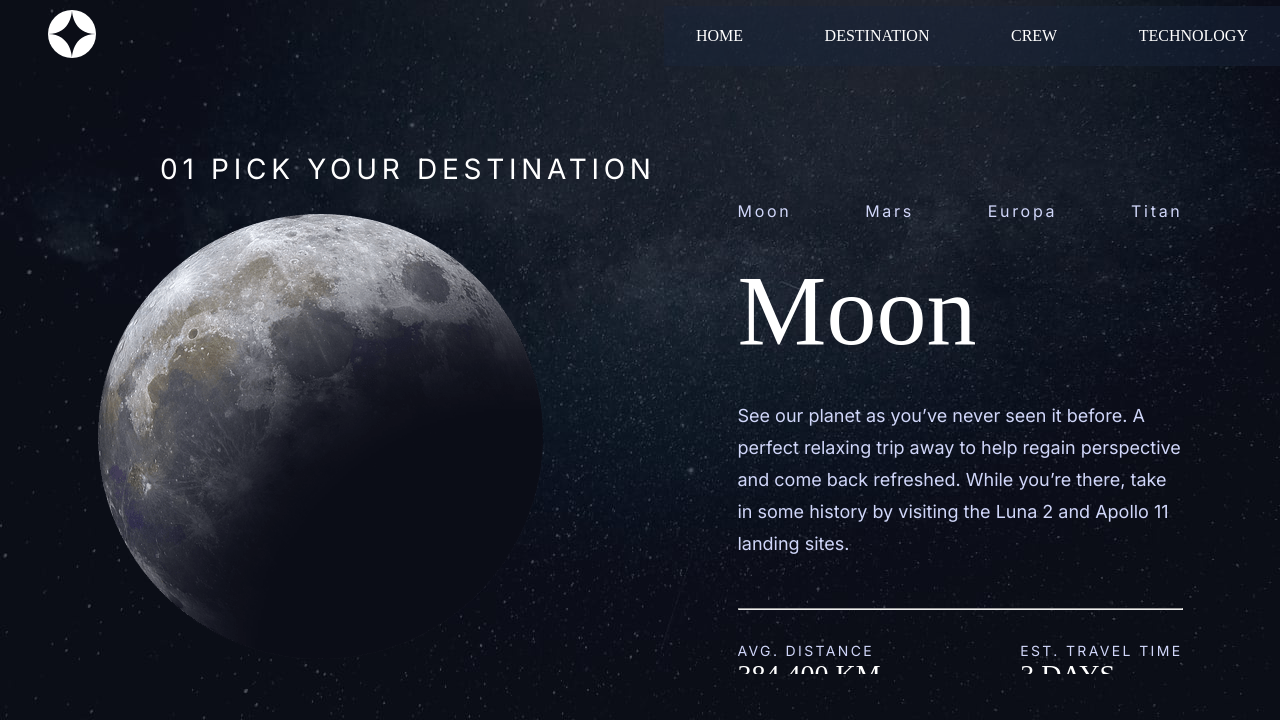
Repository: nilesjamex/space
Page: /Destinations
An editor plug-in stored every save of this project. The page is shown before and after the next save, followed by the edit.
The browser window is 1280 px wide. The pictures show the whole page.
Some web fonts or font styles are not loaded; a fallback is used. The project was rebuilt for these pictures with package versions that can differ from the ones it lists, and the page was loaded fresh each time. The framework's server and built-in components were replaced by stand-ins that run in the browser. Also part of the build but not shown: next.config.js.

Above is the page before, as saved 2022-01-08 03:53:47.

### pages/_document.js
import Document, { Html, Head, Main, NextScript } from 'next/document'

class MyDocument extends Document {
  render() {
    return (
      <Html>
        <Head>
          <link rel="preconnect" href="https://fonts.googleapis.com" />
<link rel="preconnect" href="https://fonts.gstatic.com" crossOrigin />
<link href="https://fonts.googleapis.com/css2?family=Bellefair&display=swap" rel="stylesheet" />
        <link rel="preconnect" href="https://fonts.googleapis.com" />
<link rel="preconnect" href="https://fonts.gstatic.com" crossOrigin />
<link href="https://fonts.googleapis.com/css2?family=Barlow+Condensed:ital,wght@0,100;0,300;0,400;1,100&family=Inter&display=swap" rel="stylesheet" />
        </Head>
        <body>
          <Main />
          <NextScript />
        </body>
      </Html>
    )
  }
}

export default MyDocument

### pages/Destinations.js
import React from 'react';
import Nav from '../Layout/Nav';
import Home from '../Components/Destination/Home/Home';



const Homee = () => {
    return (
       <Home />
    )
}

export default Homee

### styles/globals.css
a {
  color: inherit;
  text-decoration: none;
}

*{
  margin: 0;
  padding: 0;
  box-sizing: border-box;
  max-width: 100%;
  max-height: 100vh;
  overflow-y: hidden;
}

li {
  list-style: none;
  cursor: pointer;
}

### Layout/Nav.js
import React from 'react';
import styles from './nav.module.css';
import Link from 'next/link'

const Nav = ({children}) => {
    return (
       <div className={styles.navBody}>
        <nav className={styles.nav}>
         <div>
            <svg width="48" height="48" viewBox="0 0 48 48" fill="none" xmlns="http://www.w3.org/2000/svg">
<circle cx="24" cy="24" r="24" fill="white"/>
<path fillRule="evenodd" clipRule="evenodd" d="M24 0C24 0 24 24 0 24C23.5776 24.1714 24 48 24 48C24 48 24 24 48 24C24 24 24 0 24 0Z" fill="#0B0D17" />
</svg>
  </div>

<ul className={styles.ul}>
<li><Link href="/"> HOME </Link></li>
<li><Link href="/Destinations">DESTINATION </Link></li>
<li><Link href="/Crew">CREW</Link></li>
<li><Link href="/Technology">TECHNOLOGY</Link></li>
</ul>
        </nav>
      <div className={styles.mainBody}> {children} </div>
</div>
    )
}

export default Nav

### Components/Destination/Home/Home.js
import React from 'react';
import styles from './Home.module.css'
import Nav from './../../../Layout/Nav';
import { Image } from 'next/image';
import Mars from '../Mars/Mars';

const Home = () => {
    return (
        <div className={styles.home}>
        <div>
         <Nav/>
        </div>
        <div>
           <h3 className={styles.hometext}> 01 Pick your destination</h3>
        </div>
        <div>
        <Mars />
        </div>
        </div>
    )
}

export default Home

### Layout/nav.module.css
.nav {
    display: flex;
    justify-content: space-between;
    align-items: center;
    padding-left: 3rem;
    width: 100%;
    height: 10vh;

}

.ul {
    display: flex;
    width: 50%;
    justify-content: space-between;
    align-items: center;
    color: #fff;
    background-color: rgba(24, 36, 59, 0.5);
    height: 60px;
    padding: 0 2rem;

}

.navBody {
    height: 100%;
}

### Components/Destination/Home/Home.module.css
.home {
    background: url(../../../public/assets/destination/background-destination-desktop.jpg);
    height: 100vh;
}
.hometext {
    font-family: 'Barlow Condensed', sans-serif;
    font-family: 'Inter', sans-serif;
    font-style: normal;
    font-weight: normal;
    font-size: 28px;
    line-height: 34px;letter-spacing: 4.725px;
    text-transform: uppercase;
    color: #FFFFFF;
    margin: 5rem 0 1rem 10rem;
}

### Components/Destination/Mars/Mars.js
import React, {useState} from 'react';
import Image from "next/image";
import styles from './Mars.module.css';
import Moon from '../../../public/assets/destination/image-moon.png';
import Marss from '../../../public/assets/destination/image-mars.webp';
import Europa from '../../../public/assets/destination/image-europa.png';
import Titan from '../../../public/assets/destination/image-titan.png';

const Mars = () => {
    const [steps, setSteps] = useState(1);

    const next = (e) => {
        e.preventDefault();
        setSteps(steps + 1);
    }
    const prev = (e) => {
        e.preventDefault();
        setSteps(steps - 1);
    };

    switch (steps) {
        case 1:
              return (
                  <div className={styles.moon}>
        <div>
        <Image src={Moon} height="445" width="445" alt="uu" />
        </div>
        <div className={styles.moontext}>
        <div>
        <ul className={styles.list}>
  <li>Moon</li>
  <li onClick={next}>Mars</li>
  <li onClick={(e) => {
      setSteps(steps+2)
  }}> Europa</li>
  <li onClick={(e) => {
      setSteps(steps+3)
  }}>Titan</li>
  </ul>
        </div>
        <div>
      <h2 className={styles.moontexthead}> Moon</h2>
      <h6 className={styles.moontextsub} >
  See our planet as you’ve never seen it before. A perfect relaxing trip away to help
  regain perspective and come back refreshed. While you’re there, take in some history
  by visiting the Luna 2 and Apollo 11 landing sites.
  </h6>
  <hr className={styles.line} />
  <div className={styles.distday} >
  <div>
  <p className={styles.distance}>Avg. distance</p>
  <h3 className={styles.distancekm}>384,400 km</h3>
  </div>
  <div>
  <p className={styles.distance}>Est. travel time</p>
  <h3 className={styles.distancekm}>3 days</h3>
  </div>
  </div>
  </div>
  </div>

        </div>
              );

    case 2:
    return (
        <div className={styles.moon}>
        <div>
        <Image src={Marss} height="445" width="445" alt="uu" />
        </div>
        <div className={styles.moontext}>
        <div>
        <ul className={styles.list}>
  <li onClick={prev}>Moon</li>
  <li>Mars</li>
  <li onClick={next}> Europa</li>
  <li onClick={(e) => {
      setSteps(steps+2)
  }}>Titan</li>
  </ul>
        </div>
        <div>
      <h2 className={styles.moontexthead}>  Mars</h2>
      <h6 className={styles.moontextsub} >
  Don’t forget to pack your hiking boots. You’ll need them to tackle Olympus Mons,
  the tallest planetary mountain in our solar system. It’s two and a half times
  the size of Everest!
  </h6>
  <hr className={styles.line} />
  <div className={styles.distday} >
  <div>
  <p className={styles.distance}>Avg. distance</p>
  <h3 className={styles.distancekm}>225 mil. km</h3>
  </div>
  <div>
  <p className={styles.distance}>Est. travel time</p>
  <h3 className={styles.distancekm}>9 months</h3>
  </div>
  </div>
  </div>
  </div>

        </div>
    );
    case 3:
    return (
        <div className={styles.moon}>
        <div>
        <Image src={Europa} height="445" width="445" alt="uu" />
        </div>
        <div className={styles.moontext}>
        <div>
        <ul className={styles.list}>
  <li onClick={(e) => {
      setSteps(steps-2)}}>Moon</li>
  <li onClick={prev}>Mars</li>
  <li> Europa</li>
  <li onClick={next}>Titan</li>
  </ul>
        </div>
        <div>
      <h2 className={styles.moontexthead}> Europa</h2>
      <h6 className={styles.moontextsub} >
  The smallest of the four Galilean moons orbiting Jupiter, Europa is a
  winter lover’s dream. With an icy surface, it’s perfect for a bit of
  ice skating, curling, hockey, or simple relaxation in your snug
  wintery cabin.
  </h6>
  <hr className={styles.line} />
  <div className={styles.distday} >
  <div>
  <p className={styles.distance}>Avg. distance</p>
  <h3 className={styles.distancekm}>628 mil. km</h3>
  </div>
  <div>
  <p className={styles.distance}>Est. travel time</p>
  <h3 className={styles.distancekm}>3 years</h3>
  </div>
  </div>
  </div>
  </div>

        </div>
    );
case 4:
    return (
         <div className={styles.moon}>
        <div>
        <Image src={Titan} height="445" width="445" alt="uu" />
        </div>
        <div className={styles.moontext}>
        <div>
        <ul className={styles.list}>
  <li onClick={(e) => {
      setSteps(steps-3)}}>Moon</li>
  <li onClick={(e) => {
      setSteps(steps-2)}}>Mars</li>
  <li onClick={prev}> Europa</li>
  <li>Titan</li>
  </ul>
        </div>
        <div>
      <h2 className={styles.moontexthead}> Titan</h2>
      <h6 className={styles.moontextsub} >
   The only moon known to have a dense atmosphere other than Earth, Titan
  is a home away from home (just a few hundred degrees colder!). As a
  bonus, you get striking views of the Rings of Saturn.
  </h6>
  <hr className={styles.line} />
  <div className={styles.distday} >
  <div>
  <p className={styles.distance}>Avg. distance</p>
  <h3 className={styles.distancekm}>1.6 bil. km</h3>
  </div>
  <div>
  <p className={styles.distance}>Est. travel time</p>
  <h3 className={styles.distancekm}>7 years</h3>
  </div>
  </div>
  </div>
  </div>

        </div>
    )
}
}

export default Mars

### Components/Destination/Mars/Mars.module.css
.moon {
    display: flex;
    justify-content: space-around;
    align-items: center;
    width: 100%;
}
.list {
    display: flex;
    gap: 30;
    justify-content: space-between;
    font-family: 'Barlow Condensed', sans-serif;
    font-family: 'Inter', sans-serif;
    font-style: normal;
    font-weight: normal;
    font-size: 16px;
    line-height: 19px;
    letter-spacing: 2.7px;
    color: #D0D6F9;
    transition: all 0.6s ease-in-out;

}
.moontext {
    width: 445px;
    height: 472px;
    transition: all 0.6s ease-in-out;
}
.moontexthead {
    font-family: 'Bellefair', serif;
    font-style: normal;
    font-weight: normal;
    font-size: 100px;
    line-height: 115px;
    /* identical to box height */
    color: #FFFFFF;
    margin: 2rem 0;
    transition: all 0.6s ease-in-out;
}
.moontextsub {
    font-family: 'Barlow Condensed', sans-serif;
    font-family: 'Inter', sans-serif;
    font-style: normal;
    font-weight: normal;
    font-size: 18px;
    line-height: 32px;
    /* or 178% */
    color: #D0D6F9;
    transition: all 0.6s ease-in-out;
}
.line {
    background: #383B4B;
    width: 100%;
    height: 0.1rem;
    margin: 3rem 0 2rem 0;
}
.distday {
    display: flex;
    justify-content: space-between;
}
.distance {
    font-family: 'Barlow Condensed', sans-serif;
    font-family: 'Inter', sans-serif;
    font-style: normal;
    font-weight: normal;
    font-size: 14px;
    line-height: 17px;
    /* identical to box height */
    letter-spacing: 2.3625px;
    text-transform: uppercase;
    color: #D0D6F9;
    transition: all 0.6s ease-in-out;
}
.distancekm {
    font-family: 'Bellefair', serif;
    font-style: normal;
    font-weight: normal;
    font-size: 28px;
    line-height: 32px;
    /* identical to box height */
    text-transform: uppercase;
    color: #FFFFFF;
    transition: all 2s ease-in-out;
}

Loaded but not shown: pages/_app.js (common file)

After the next save:
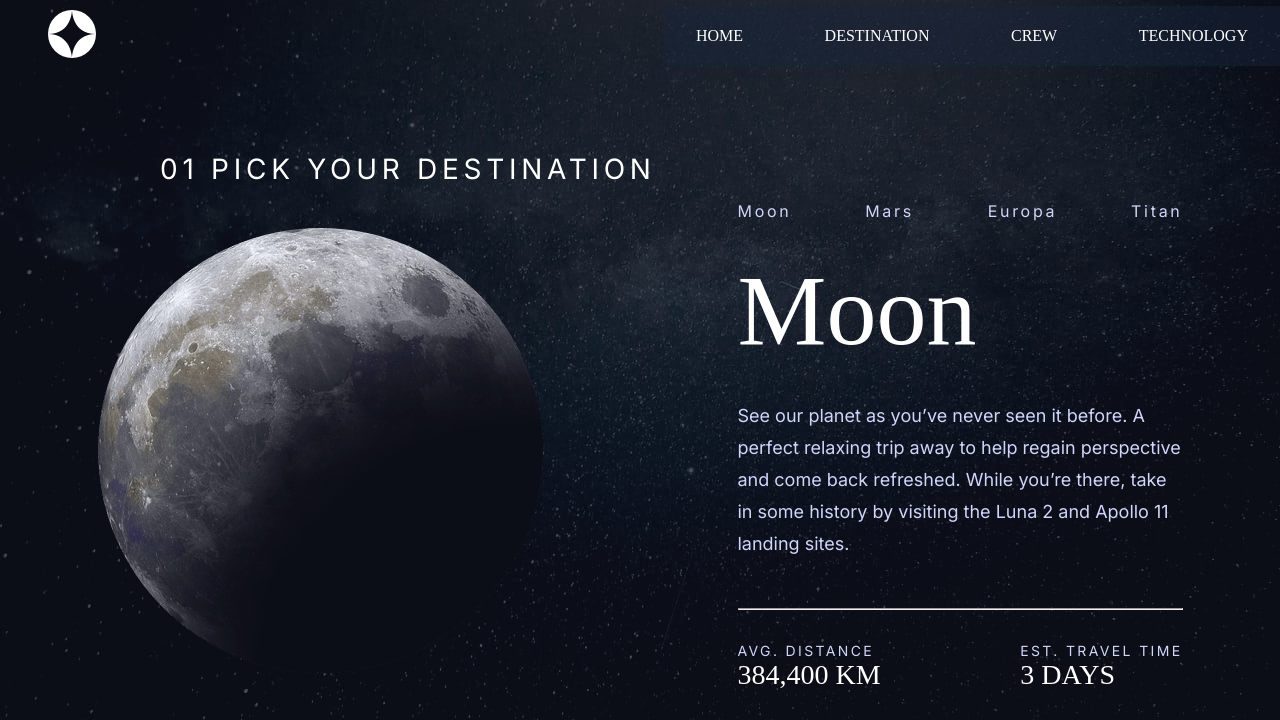
Saved 53 s later.
--- a/Components/Destination/Mars/Mars.module.css
+++ b/Components/Destination/Mars/Mars.module.css
@@ -21,7 +21,7 @@
 }
 .moontext {
     width: 445px;
-    height: 472px;
+    height: 500px;
     transition: all 0.6s ease-in-out;
 }
 .moontexthead {
